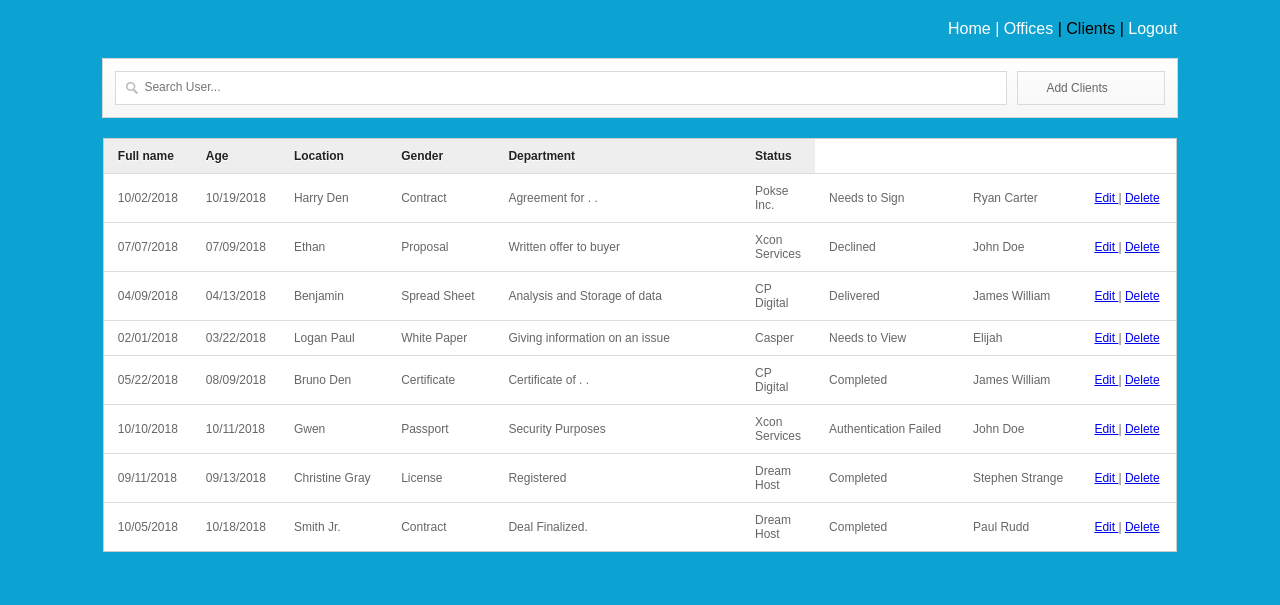
Repository: MrSyntax31/recordmanagement
Page: http://localhost/main/clients.php
These files come from the project's save history. The page is drawn as it stood at one moment and after the next save; the edit follows.
The browser window is 1280 px wide. The pictures show the whole page.
The page is run by PHP 8.4 with error messages shown; the project is at /var/www/html/. The database holds what the project's SQL file puts in it.

Above is the page before, as saved 2022-03-03 14:40:46.

After the next save:
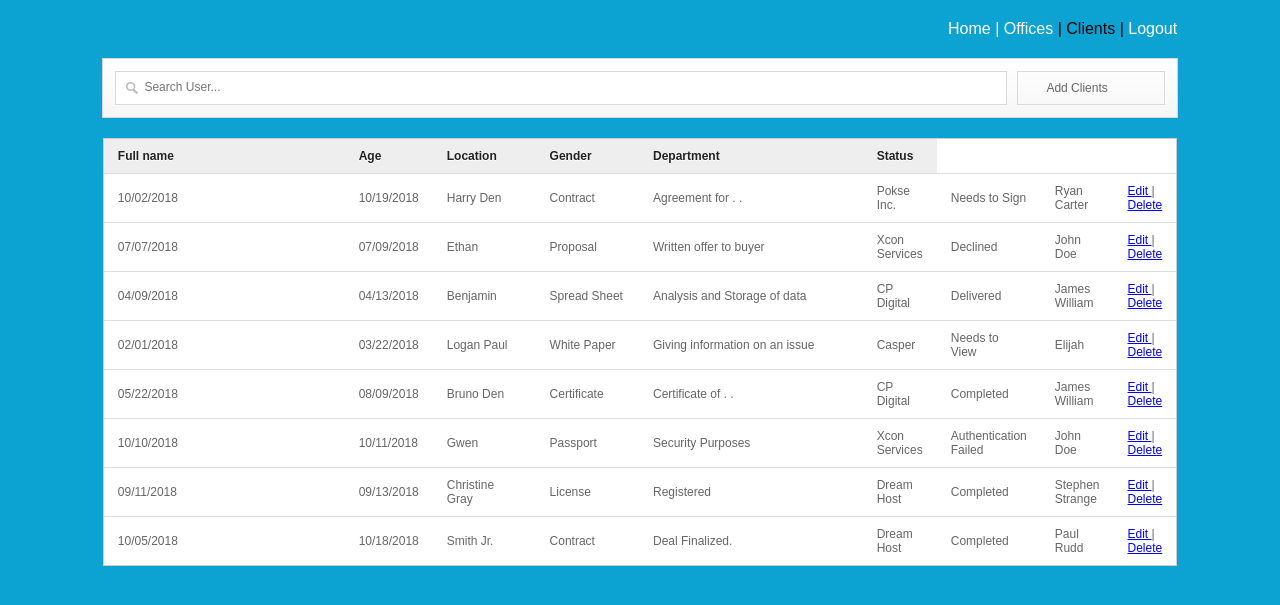
Saved 29 s later.
--- a/main/clients.php
+++ b/main/clients.php
@@ -89,7 +89,7 @@ a#add {
 <table cellspacing="0" cellpadding="2" id="resultTable">
 <thead>
 	<tr>
-		<th width="5%"> Full name</th>
+		<th width="25%"> Full name</th>
 		<th width="7%"> Age</th>
 		<th width="10%"> Location </th>
 		<th width="10%"> Gender </th>
